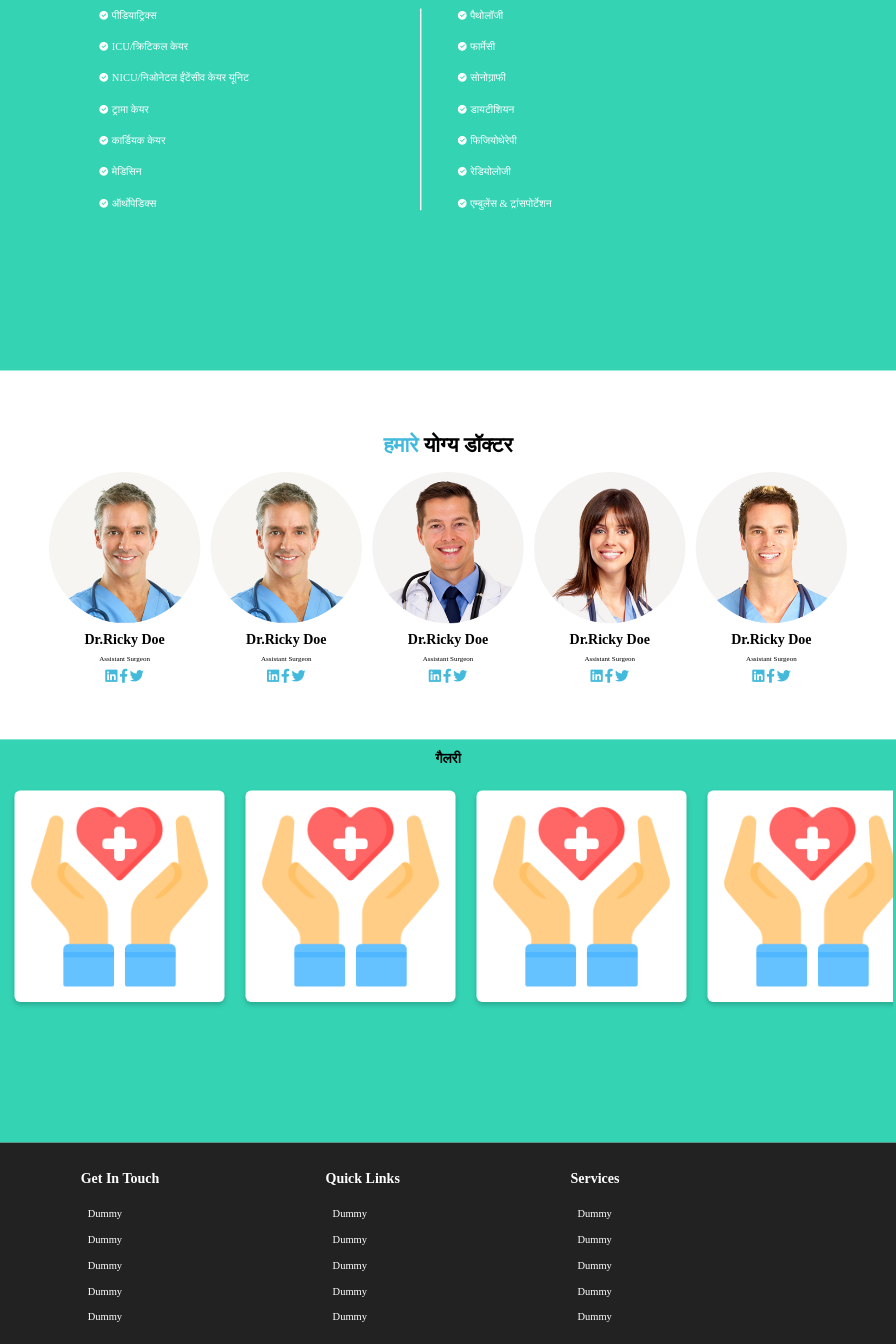
Repository: Aayush919/test
Page: index.html
The author's editor kept a copy of each file at every save. The page is drawn from the files as they stood at one save, then again after the next save.
The browser window is 1280 px wide. The pictures show the part of the page from y = 2466 to 4386 px (the page is 4386 px tall), at 70% of full size.
Some web libraries are served in a nearby version.

Above is the page before, as saved 2023-10-15 13:07:49.
Console error: TypeError: Cannot read properties of null (reading 'addEventListener')

After the next save:
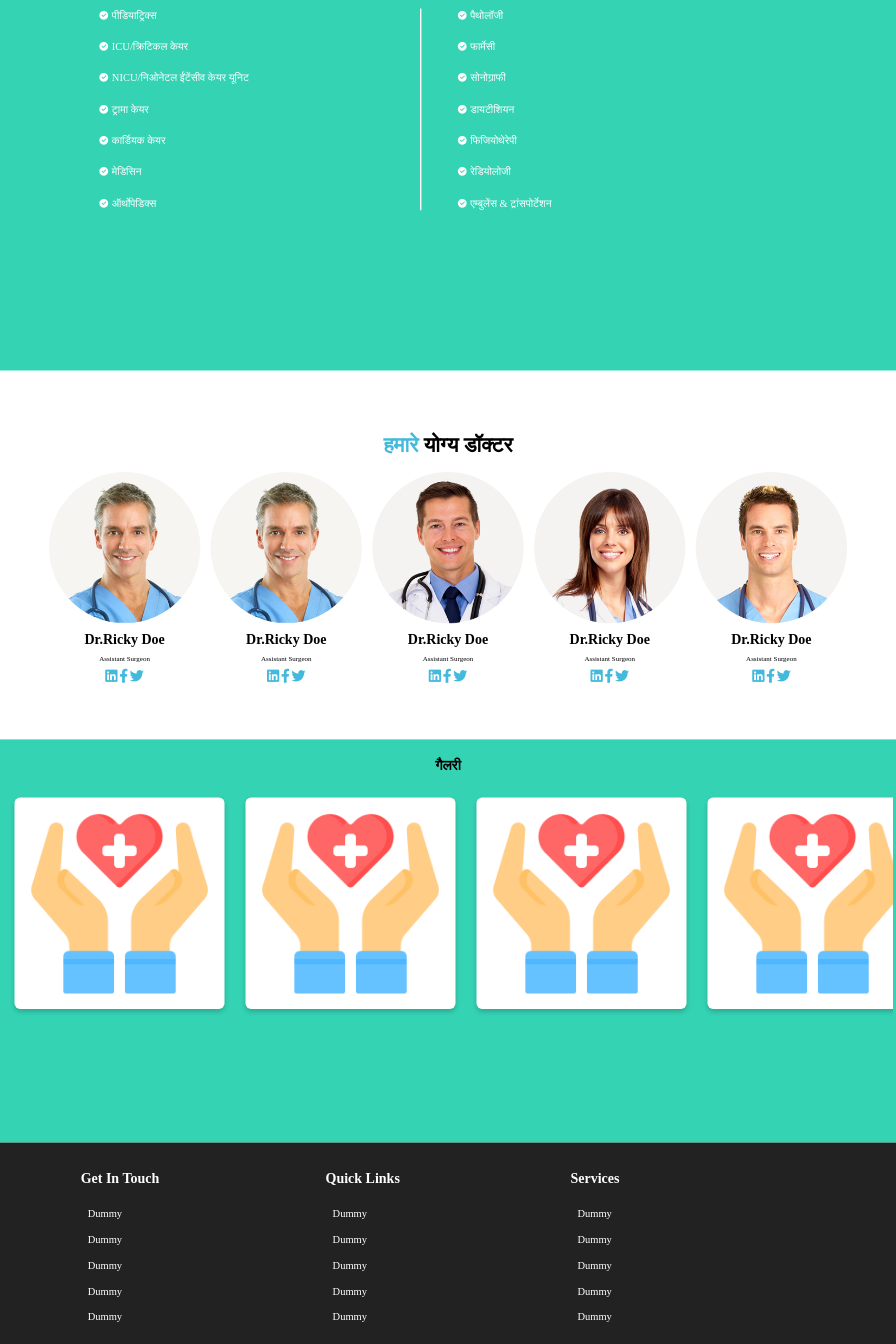
Saved 5 s later.
--- a/style.css
+++ b/style.css
@@ -516,7 +516,7 @@ section-container {
     justify-content: center;
     font-size: 2rem;
     margin-bottom: 2rem;
-    margin-top: 1rem;
+    margin-top: 2rem;
   }
 
 
